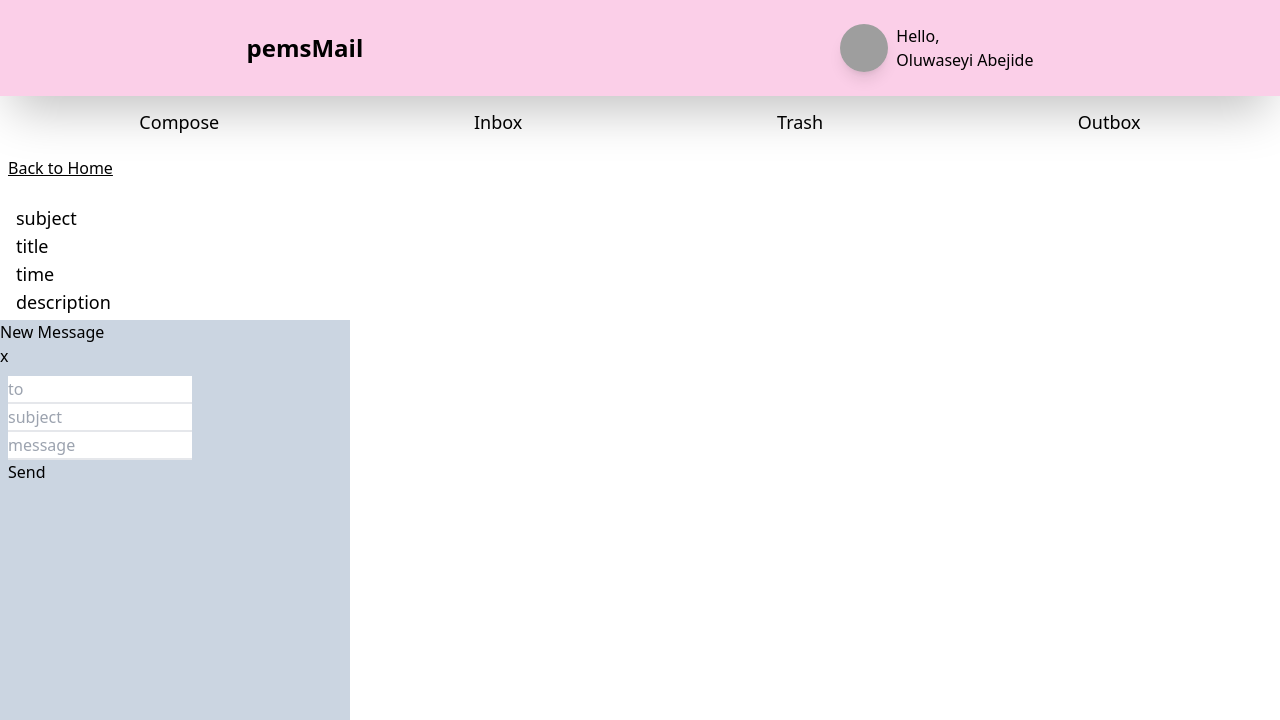
Repository: Semanmernstack/mailclone
Page: /mail
An editor plug-in stored every save of this project. The page is shown before and after the next save, followed by the edit.
The browser window is 1280 px wide. The pictures show the whole page.
Pictures or frames that could not be fetched are drawn as grey boxes. The project was rebuilt for these pictures with package versions that can differ from the ones it lists, and the page was loaded fresh each time. Also part of the build but not shown: src/features/counter/Counter.module.css, src/features/counter/Counter.js, src/OpenRow.js, src/Open.js.

Above is the page before, as saved 2023-01-16 04:01:45.

### src/App.js
import React from 'react';

import { Counter } from './features/counter/Counter';
import Header from './Header';
import {
  BrowserRouter,
  Routes,
  Route,
} from "react-router-dom";
import Open from './Open';
import Topbar from './Topbar';
import Mail from './Mail';
import SendMail from './SendMail';


function App() {
  return (
    <div className="h-screen relative">

      <BrowserRouter>

        <Header/>
        <Topbar/>
        <Routes>
        <Route exact path="mail" element={<Mail/>} />
          <Route exact path="/" element={<Open/>} />
        </Routes>
        <SendMail/>
      </BrowserRouter>

    </div>
  );
}

export default App;

### src/features/counter/counterSlice.js
import { createAsyncThunk, createSlice } from '@reduxjs/toolkit';
import { fetchCount } from './counterAPI';

const initialState = {
  value: 0,
  status: 'idle',
};

// The function below is called a thunk and allows us to perform async logic. It
// can be dispatched like a regular action: `dispatch(incrementAsync(10))`. This
// will call the thunk with the `dispatch` function as the first argument. Async
// code can then be executed and other actions can be dispatched. Thunks are
// typically used to make async requests.
export const incrementAsync = createAsyncThunk(
  'counter/fetchCount',
  async (amount) => {
    const response = await fetchCount(amount);
    // The value we return becomes the `fulfilled` action payload
    return response.data;
  }
);

export const counterSlice = createSlice({
  name: 'counter',
  initialState,
  // The `reducers` field lets us define reducers and generate associated actions
  reducers: {
    increment: (state) => {
      // Redux Toolkit allows us to write "mutating" logic in reducers. It
      // doesn't actually mutate the state because it uses the Immer library,
      // which detects changes to a "draft state" and produces a brand new
      // immutable state based off those changes
      state.value += 1;
    },
    decrement: (state) => {
      state.value -= 1;
    },
    // Use the PayloadAction type to declare the contents of `action.payload`
    incrementByAmount: (state, action) => {
      state.value += action.payload;
    },
  },
  // The `extraReducers` field lets the slice handle actions defined elsewhere,
  // including actions generated by createAsyncThunk or in other slices.
  extraReducers: (builder) => {
    builder
      .addCase(incrementAsync.pending, (state) => {
        state.status = 'loading';
      })
      .addCase(incrementAsync.fulfilled, (state, action) => {
        state.status = 'idle';
        state.value += action.payload;
      });
  },
});

export const { increment, decrement, incrementByAmount } = counterSlice.actions;

// The function below is called a selector and allows us to select a value from
// the state. Selectors can also be defined inline where they're used instead of
// in the slice file. For example: `useSelector((state: RootState) => state.counter.value)`
export const selectCount = (state) => state.counter.value;

// We can also write thunks by hand, which may contain both sync and async logic.
// Here's an example of conditionally dispatching actions based on current state.
export const incrementIfOdd = (amount) => (dispatch, getState) => {
  const currentValue = selectCount(getState());
  if (currentValue % 2 === 1) {
    dispatch(incrementByAmount(amount));
  }
};

export default counterSlice.reducer;

### src/Header.js
import React from 'react'

function Header() {
  return (
    <div className="flex items-center justify-around p-2     h-24 bg-pink-200 border-b-pink-800 shadow-2xl">
        <div>
            <h1 className="text-lg md:text-2xl font-semibold">pemsMail</h1>

        </div>
        <div className="flex items-center justify-evenly">

            <img className="h-12 w-12 rounded-full shadow-lg" src="https://cdn.pixabay.com/photo/2022/12/01/12/26/countryside-7629017__340.jpg" alt="pic" />
            <div className="ml-2">
                <p>Hello,</p>
                <p>Oluwaseyi Abejide</p>
            </div>
        </div>
    </div>
  )
}

export default Header

### src/Topbar.js
import React from 'react'

function Topbar() {
  return (
    <div className="flex items-center justify-around text-lg p-3">
        <div className='hover:underline hover:text-red-900 hover:text-2xl'>
            <p>Compose</p>
        </div>
        <div className='hover:underline hover:text-red-900 hover:text-2xl'>
            <p>Inbox</p>
        </div>
        <div className='hover:underline hover:text-red-900 hover:text-2xl'>
            <p>Trash</p>
        </div>
        <div className='hover:underline hover:text-red-900 hover:text-2xl'>
            <p>Outbox</p>
        </div>
    </div>
  )
}

export default Topbar

### src/Mail.js
import React from 'react'

function Mail() {
  return (
    <div className="flex flex-col">
        <div>
            <p className='p-2 cursor-pointer  hover:text-rose-900 underline'>Back to Home</p>
        </div>
        <div className="flex flex-col text-lg p-4 ">
           <div>
                <p>subject</p>
                <p>title</p>
                <p>time</p>

            </div>
            <div>
                <p>description</p>
            </div>

        </div>
    </div>
  )
}

export default Mail

### src/SendMail.js
import React from 'react'
import { useForm } from "react-hook-form";

function SendMail() {
    const { register, handleSubmit, formState: { errors } } = useForm();
    const onSubmit = (formData) => {}
  return (
    <div className=" flex absolute bottom-0 flex-col max-width-[350px] h-[400px] w-[350px] bg-slate-300">
            <div className=" ">
                <h3>New Message</h3>
                <button   >x</button>
            </div>
            <form onSubmit={handleSubmit(onSubmit)} className="flex flex-col p-2 h-[200px] w-[200px]" >
                <input type="emails"
                    placeholder='to'
                    className='h-7 border-b-2'

                    {...register("to", { required: true })}

                />
                {errors.to && <p className=''>To is Requred</p>}

                <input type="text"
                    placeholder='subject'
                    className='h-7 border-b-2'

                    {...register("subject", { required: true })}

                />
                {errors.subject && <p className=''>Subject is Requred</p>}


                <input type="text"
                    placeholder='message'
                    className='h-7 border-b-2'

                    {...register("message", { required: true })}
                />
                {errors.message && <p className=''>message is Requred</p>}


                <div className="">
                    <button>Send</button>
                </div>
            </form>

        </div>
  )
}

export default SendMail

Loaded but not shown: public/index.html (common file); src/index.js (common file); src/app/store.js (common file); src/reportWebVitals.js (common file); src/index.css (common file); src/features/counter/counterAPI.js (common file); tailwind.config.js (common file)

After the next save:
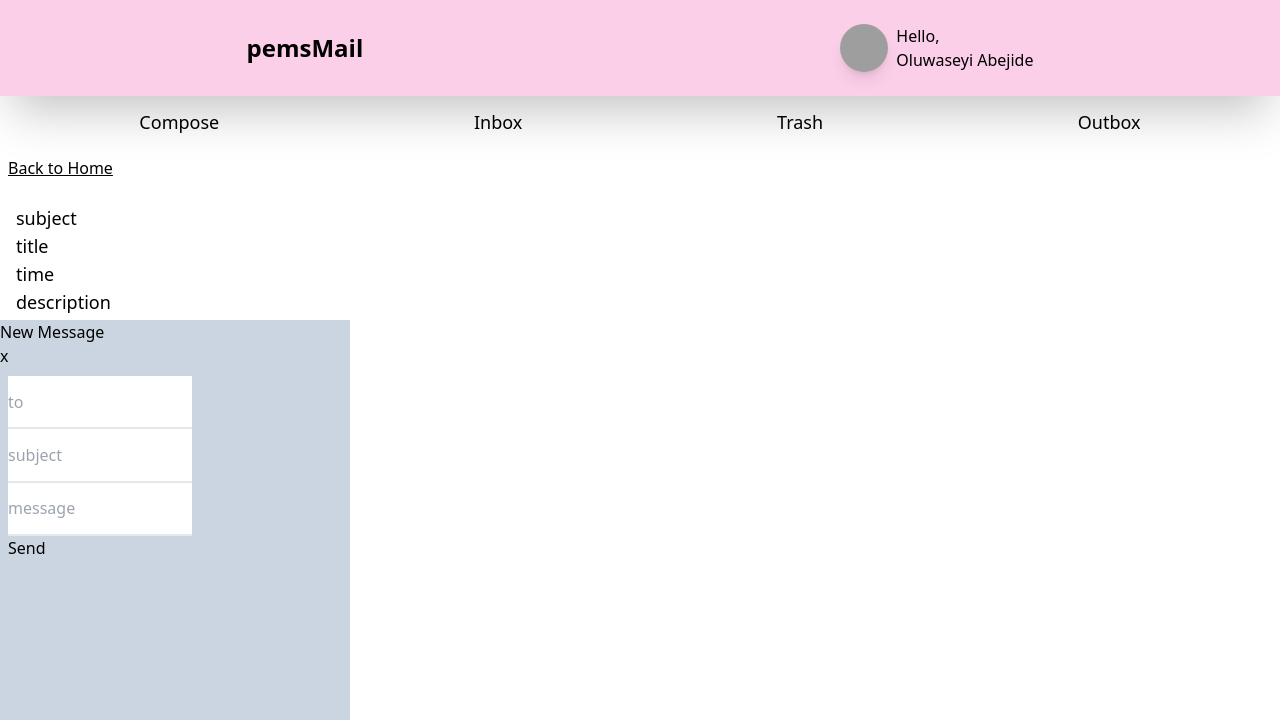
Saved 34 s later.
--- a/src/SendMail.js
+++ b/src/SendMail.js
@@ -13,7 +13,7 @@ function SendMail() {
             <form onSubmit={handleSubmit(onSubmit)} className="flex flex-col p-2 h-[200px] w-[200px]" >
                 <input type="emails"
                     placeholder='to'
-                    className='h-7 border-b-2'
+                    className='h-7 border-b-2 flex-1'
 
                     {...register("to", { required: true })}
 
@@ -22,7 +22,7 @@ function SendMail() {
 
                 <input type="text"
                     placeholder='subject'
-                    className='h-7 border-b-2'
+                    className='h-7 border-b-2 flex-1'
 
                     {...register("subject", { required: true })}
 
@@ -32,7 +32,7 @@ function SendMail() {
 
                 <input type="text"
                     placeholder='message'
-                    className='h-7 border-b-2'
+                    className='h-7 border-b-2 flex-1'
 
                     {...register("message", { required: true })}
                 />
